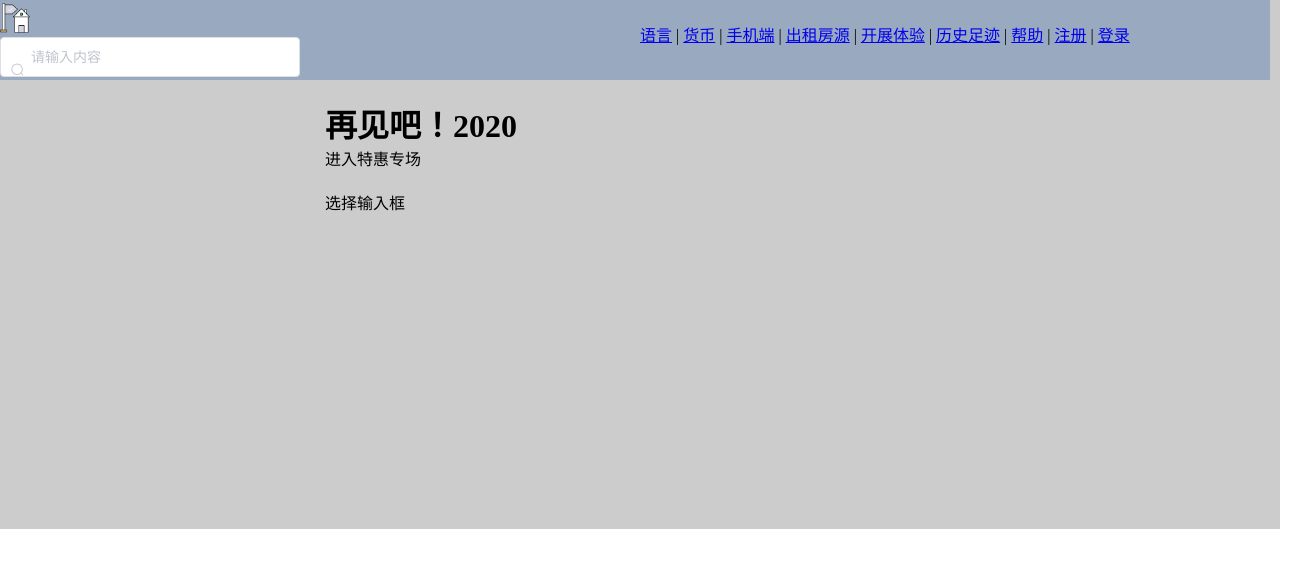
Repository: yz1181214391/my-airbnb
Page: /
An editor plug-in stored every save of this project. The page is shown before and after the next save, followed by the edit.
The browser window is 1280 px wide. The page is 1290 px wide, so the pictures cover 1290 px, including what lies to the right of the window. The pictures show the whole page.
The project was rebuilt for these pictures with package versions that can differ from the ones it lists, and the page was loaded fresh each time. Also part of the build but not shown: src/components/Banner.vue, src/views/Language.vue, src/views/Currency.vue, src/views/Enter.vue, src/views/Experience.vue, src/views/Help.vue, src/views/History.vue, src/views/Mobile.vue and 2 more.

Above is the page before, as saved 2020-12-09 14:39:58.

After the next save:
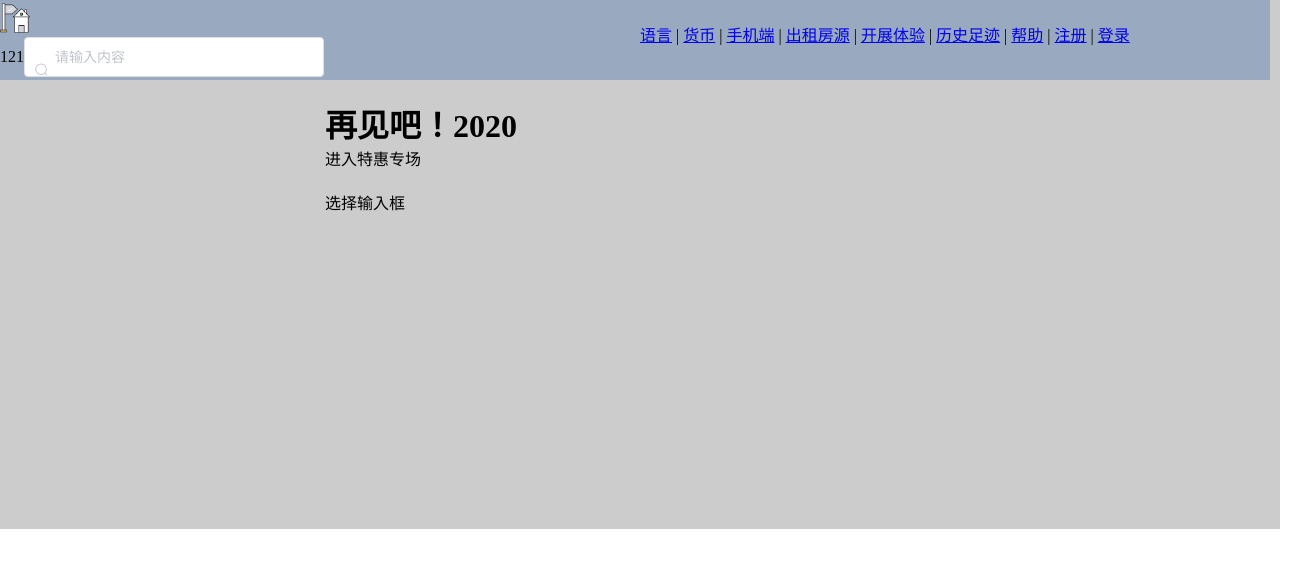
Saved 2 min 39 s later.
--- a/src/components/Header.vue
+++ b/src/components/Header.vue
@@ -4,6 +4,7 @@
         <el-col :span="6">
           <div class="grid-content bg-purple">
             <a href="###"><img class="log-img" src="../assets/img/012-zhandian.png" alt=""></a>
+            <span>121</span>
             <el-input style="display:inline" v-model="input" prefix-icon='el-icon-search' placeholder="请输入内容"></el-input>
           </div>
         </el-col>

After the save that followed:
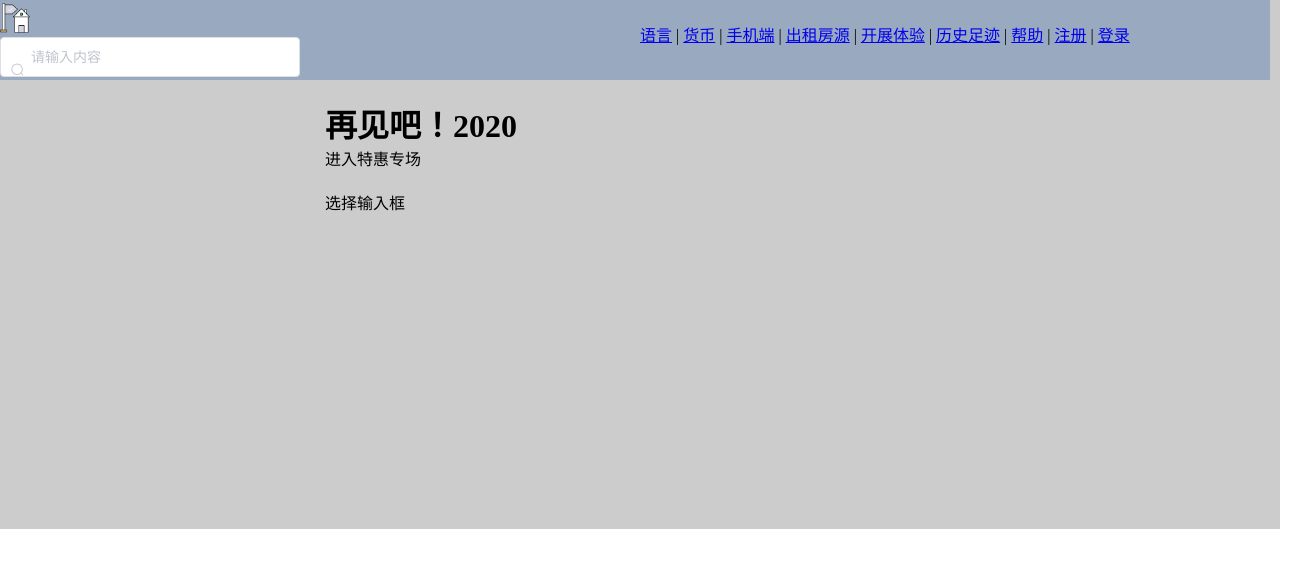
Saved 31 s later.
--- a/src/components/Header.vue
+++ b/src/components/Header.vue
@@ -4,8 +4,8 @@
         <el-col :span="6">
           <div class="grid-content bg-purple">
             <a href="###"><img class="log-img" src="../assets/img/012-zhandian.png" alt=""></a>
-            <span>121</span>
-            <el-input style="display:inline" v-model="input" prefix-icon='el-icon-search' placeholder="请输入内容"></el-input>
+            <span><el-input style="display:inline" v-model="input" prefix-icon='el-icon-search' placeholder="请输入内容"></el-input></span>
+
           </div>
         </el-col>
         <el-col :span="12" :offset="6">
